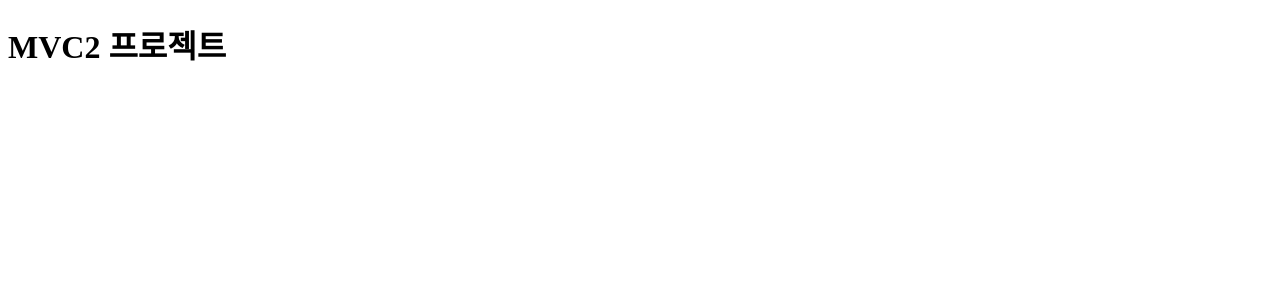
Repository: beescuit9510/toyProjects
Page: http://localhost/06_mvc2Project/
An editor plug-in stored every save of this project. The page is shown before and after the next save, followed by the edit.
The browser window is 1280 px wide. The pictures show the whole page.
The page is served by Tomcat 9. Other server files are loaded and not shown.

Above is the page before, as saved 2021-10-01 01:59:21.

### web-server-workplace/06_mvc2Project/src/main/webapp/index.jsp
<%@ page language="java" contentType="text/html; charset=UTF-8"
    pageEncoding="UTF-8"%>
<!DOCTYPE html>
<html>
<head>
<meta charset="UTF-8">
<title>MVC2 프로젝트</title>
</head>
<body>
	<h1>MVC2 프로젝트</h1>
</body>
</html>

After the next save:
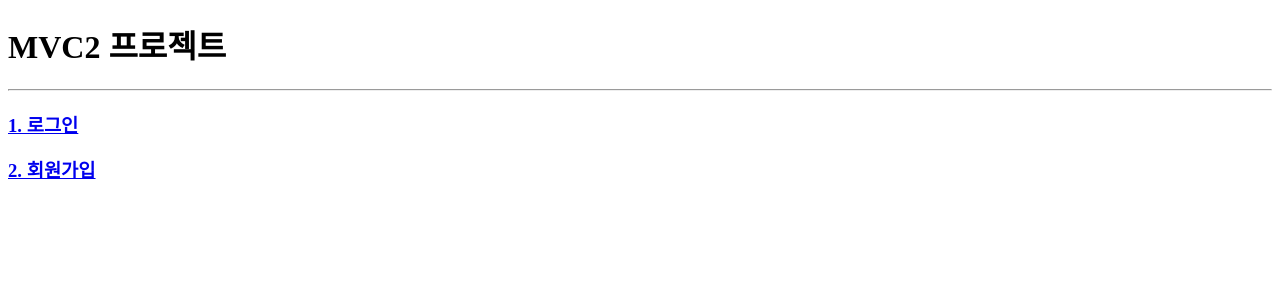
Saved 113 s later.
--- a/web-server-workplace/06_mvc2Project/src/main/webapp/index.jsp
+++ b/web-server-workplace/06_mvc2Project/src/main/webapp/index.jsp
@@ -8,5 +8,8 @@
 </head>
 <body>
 	<h1>MVC2 프로젝트</h1>
+	<hr>
+	<h3><a href="/views/loginFrm.jsp">1. 로그인</a></h3>
+	<h3><a href="/views/joinFrm.jsp">2. 회원가입</a></h3>
 </body>
 </html>
